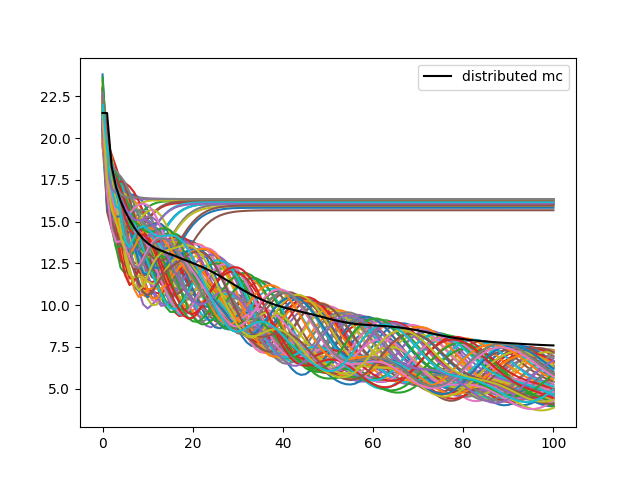
Repository: komuro-zero/distributed-optimization
Script's output: python main_weakly_sparse.py
These files come from the project's save history. The script's output is drawn as it stood at one moment and after the next save; the edit follows.
Random numbers start from a fixed seed.

Above is the script's output before, as saved 2019-09-25 10:28:50.

After the next save:
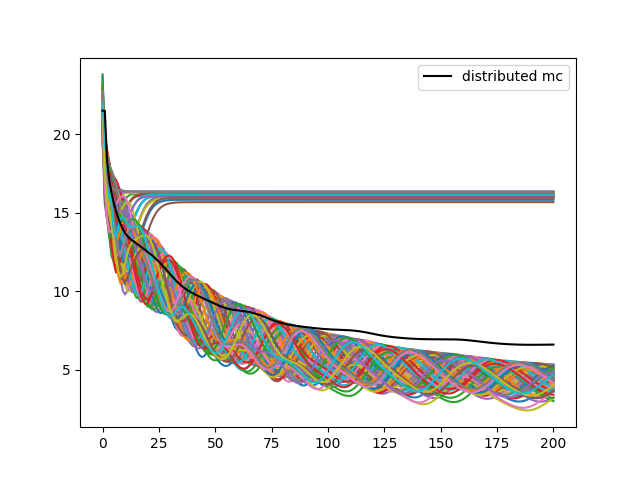
Saved 19 s later.
--- a/main_weakly_sparse.py
+++ b/main_weakly_sparse.py
@@ -13,7 +13,7 @@ class distributed_updates(functions):
         self.N = 30
         self.m = 100
         self.r_i = 1
-        self.iteration = 100
+        self.iteration = 200
         self.sparsity_percentage = 0.2
         self.lamb = 10**-2
         self.eta = 0.01
